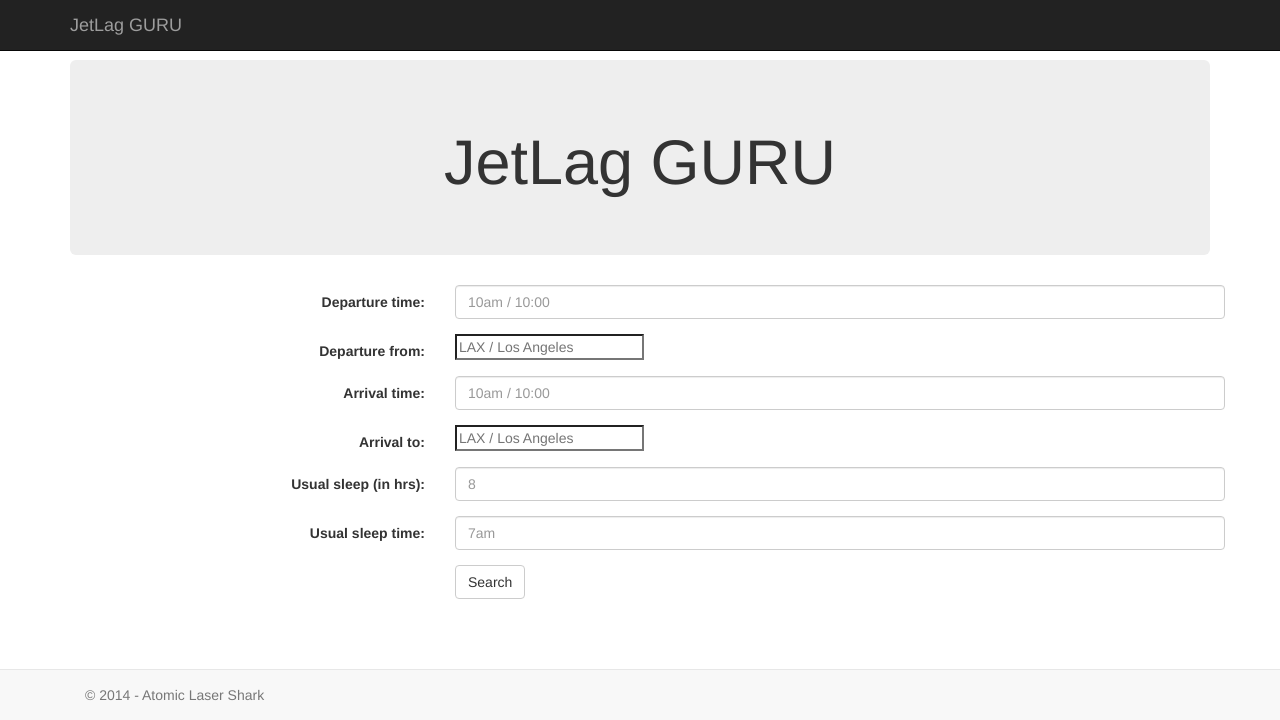
Repository: CzechHackathon2014/jetlag-guru
Page: client/index.html
The author's editor kept a record of every edit. The page is drawn from the files as they stood at one moment, then again after the next edit.
The browser window is 1280 px wide. The pictures show the whole page.

Above is the page before.

After the next edit:
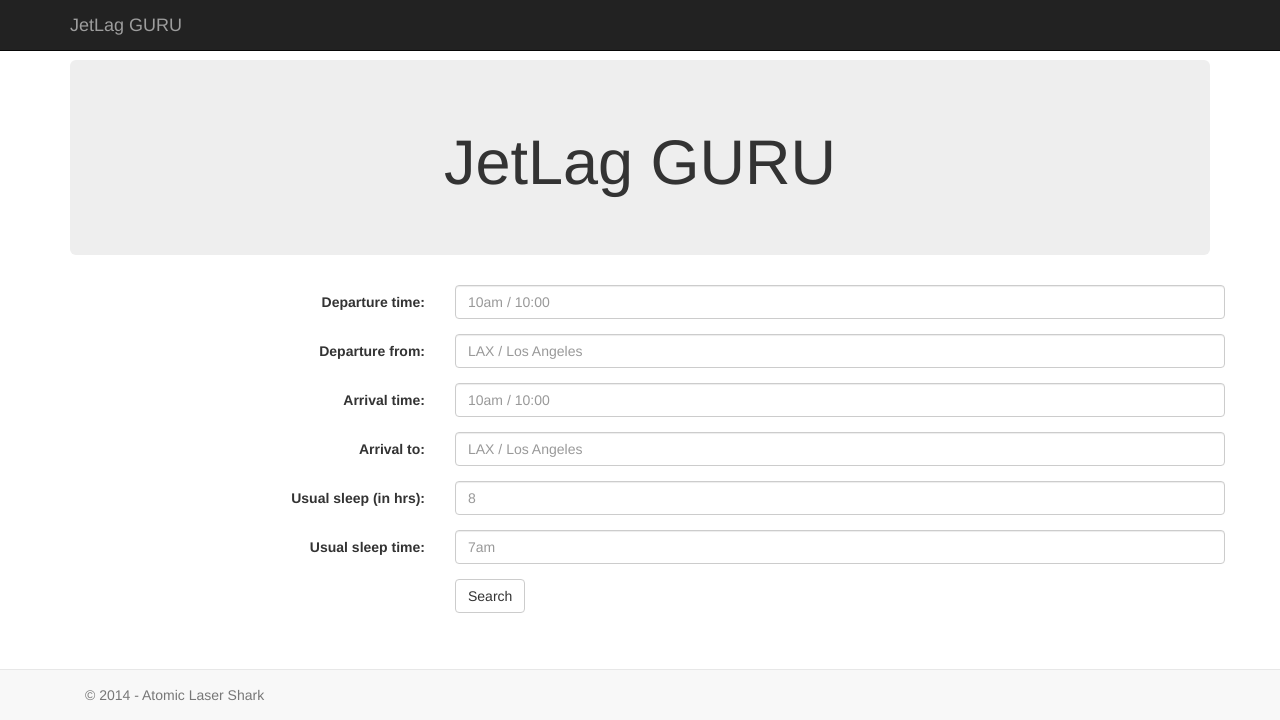
The edit:
--- a/client/index.html
+++ b/client/index.html
@@ -36,7 +36,7 @@
           <div class="form-group">
             <label class="control-label col-md-4" for="departureFrom">Departure from:</label>
             <div class="col-md-8">
-              <input class="airportInput typeahead" type="text" class="form-control" id="departureFrom" placeholder="LAX / Los Angeles">
+              <input class="form-control airportInput typeahead" type="text" class="form-control" id="departureFrom" placeholder="LAX / Los Angeles">
             </div>
           </div>
           <div class="form-group">
@@ -48,7 +48,7 @@
           <div class="form-group">
             <label class="control-label col-md-4" for="arrivalTo">Arrival to:</label>
             <div class="col-md-8">
-              <input class="airportInput typeahead" type="text" class="form-control" id="arrivalTo" placeholder="LAX / Los Angeles">
+              <input class="form-control airportInput typeahead" type="text" class="form-control" id="arrivalTo" placeholder="LAX / Los Angeles">
             </div>
           </div>
           <div class="form-group">
